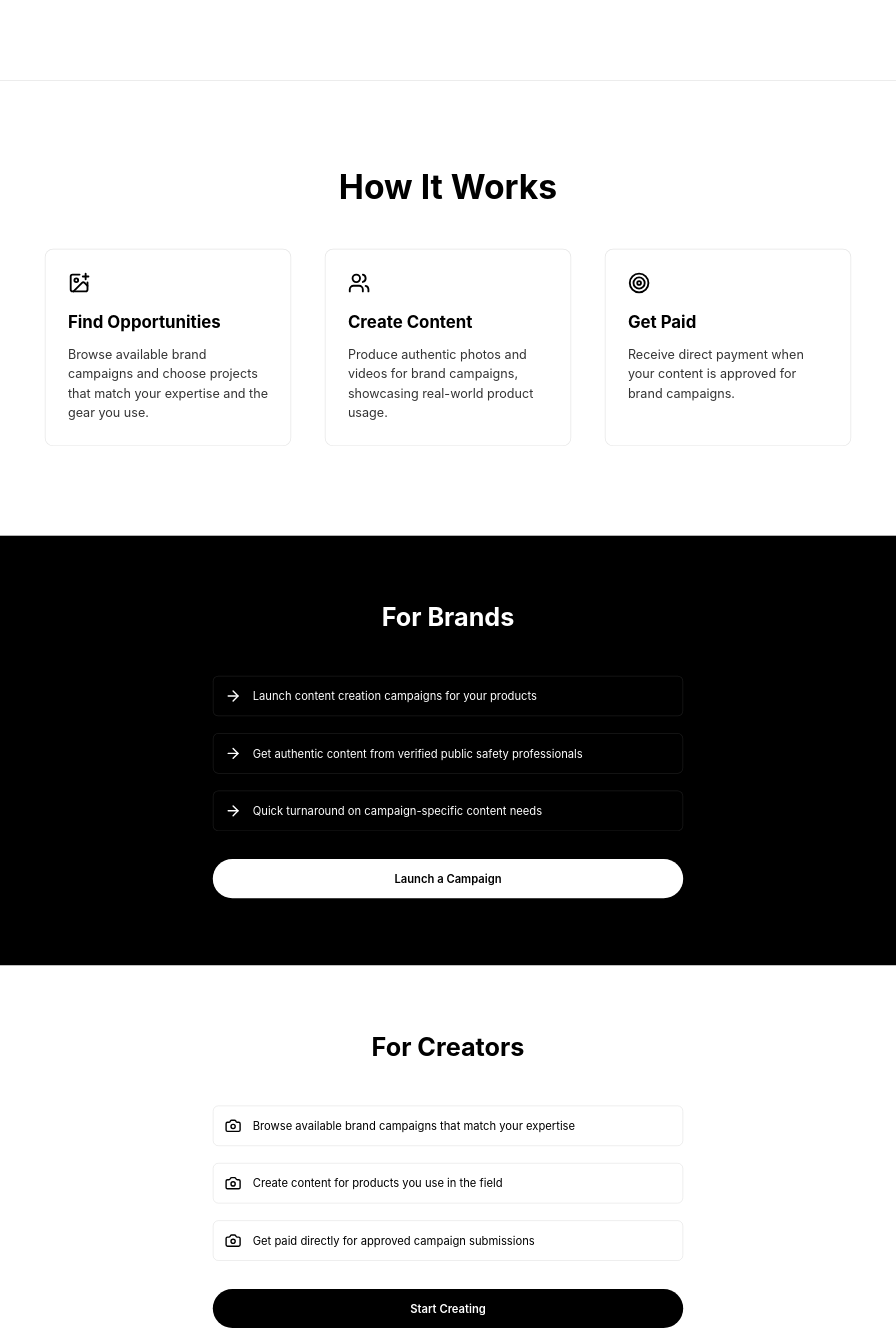
Repository: justmatt20/first-due-social
Page: /
These files come from the project's save history. The page is drawn as it stood at one moment and after the next save; the edit follows.
The browser window is 1280 px wide. The pictures show the part of the page from y = 605 to 2525 px (the page is 3477 px tall before and 3669 px after), at 70% of full size.
The project was rebuilt for these pictures with package versions that can differ from the ones it lists, and the page was loaded fresh each time. Also part of the build but not shown: src/pages/Blog.jsx.

Above is the page before, as saved 2025-01-20 11:05:26.

After the next save:
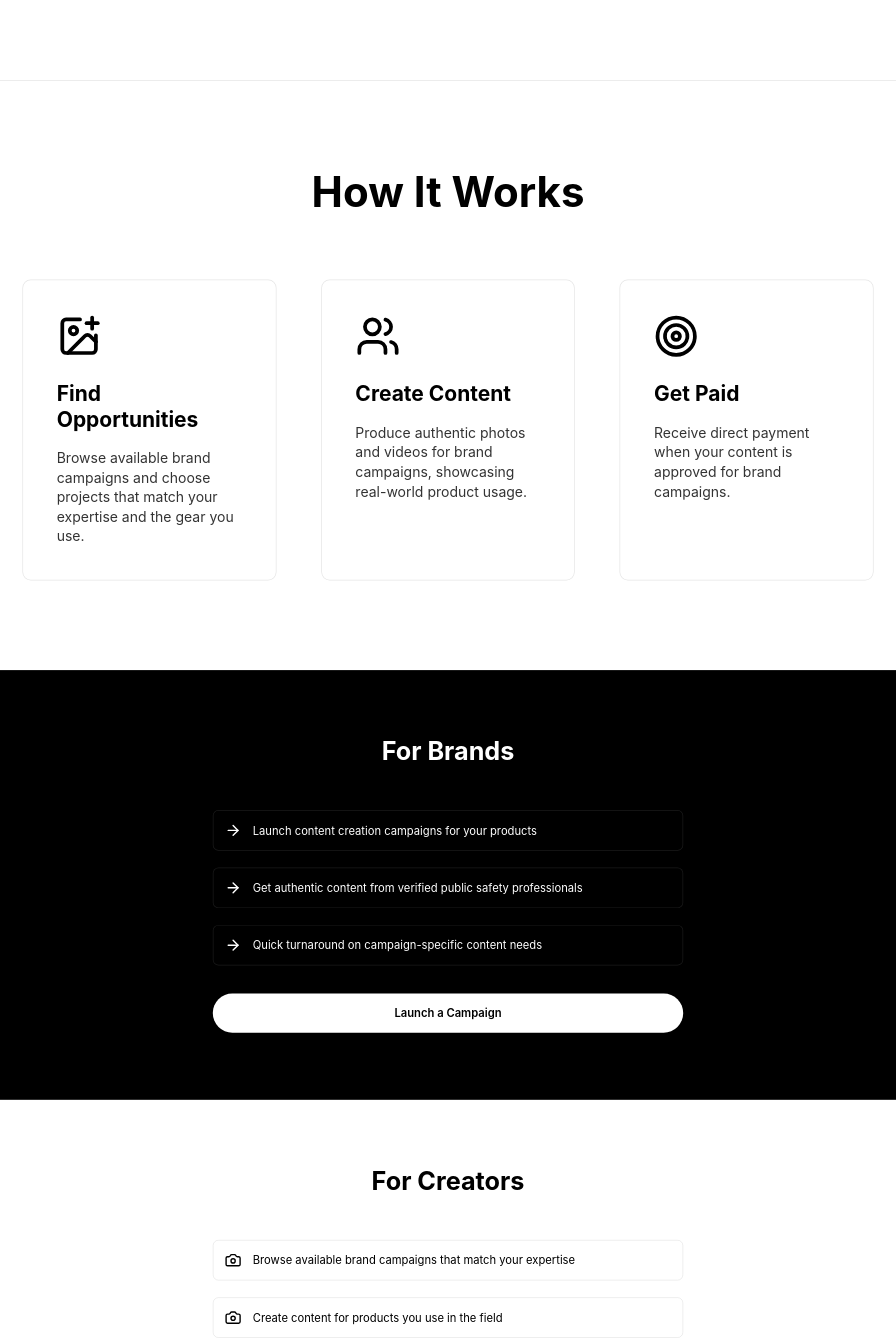
Saved 12 s later.
--- a/src/components/home/ServicesSection.jsx
+++ b/src/components/home/ServicesSection.jsx
@@ -5,19 +5,19 @@ import { ImagePlus, Users, Target } from "lucide-react";
 export const ServicesSection = () => {
   const services = [
     {
-      icon: <ImagePlus size={32} />,
+      icon: <ImagePlus className="w-12 h-12 lg:w-16 lg:h-16" />,
       title: "Find Opportunities",
       description:
         "Browse available brand campaigns and choose projects that match your expertise and the gear you use.",
     },
     {
-      icon: <Users size={32} />,
+      icon: <Users className="w-12 h-12 lg:w-16 lg:h-16" />,
       title: "Create Content",
       description:
         "Produce authentic photos and videos for brand campaigns, showcasing real-world product usage.",
     },
     {
-      icon: <Target size={32} />,
+      icon: <Target className="w-12 h-12 lg:w-16 lg:h-16" />,
       title: "Get Paid",
       description:
         "Receive direct payment when your content is approved for brand campaigns.",
@@ -25,22 +25,22 @@ export const ServicesSection = () => {
   ];
 
   return (
-    <section className="py-16 md:py-24 lg:py-32 bg-white border-t border-black/10">
-      <div className="container max-w-7xl mx-auto px-4 sm:px-6 lg:px-8">
-        <h2 className="text-3xl md:text-4xl lg:text-5xl font-bold text-center mb-12 lg:mb-16 text-black">
+    <section className="py-24 lg:py-32 bg-white border-t border-black/10">
+      <div className="max-w-[90%] xl:max-w-[1400px] mx-auto px-4 sm:px-6 lg:px-8">
+        <h2 className="text-4xl lg:text-6xl font-bold text-center mb-16 lg:mb-24 text-black">
           How It Works
         </h2>
-        <div className="grid md:grid-cols-3 gap-6 lg:gap-12 max-w-6xl mx-auto">
+        <div className="grid md:grid-cols-3 gap-8 lg:gap-16">
           {services.map((service, index) => (
             <div
               key={index}
-              className="bg-white rounded-xl p-6 lg:p-8 transition-all duration-200 hover:-translate-y-1 hover:shadow-lg border border-black/10"
+              className="bg-white rounded-xl p-8 lg:p-12 transition-all duration-200 hover:-translate-y-1 hover:shadow-lg border border-black/10"
             >
-              <div className="mb-6 text-black">{service.icon}</div>
-              <h3 className="text-xl lg:text-2xl font-bold mb-4 text-black">
+              <div className="mb-8 text-black">{service.icon}</div>
+              <h3 className="text-2xl lg:text-3xl font-bold mb-6 text-black">
                 {service.title}
               </h3>
-              <p className="text-base lg:text-lg text-black/80">
+              <p className="text-lg lg:text-xl text-black/80">
                 {service.description}
               </p>
             </div>
